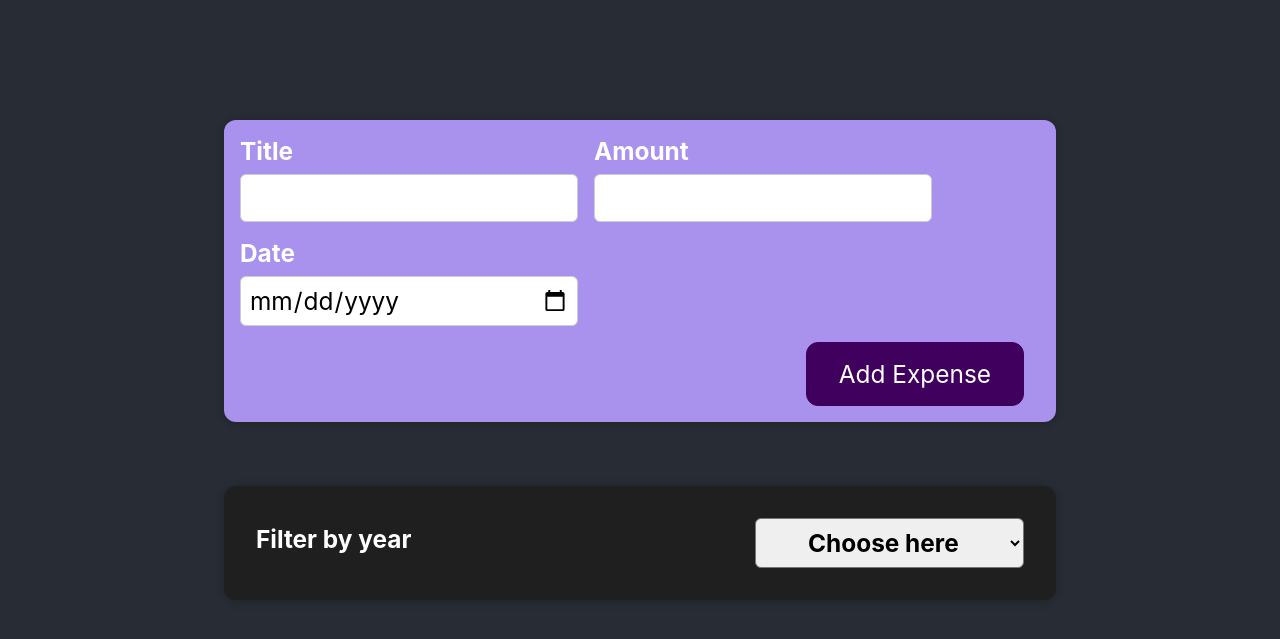
Repository: pakiam/react-demo-1
Page: /
The author's editor kept a copy of each file at every save. The page is drawn from the files as they stood at one save, then again after the next save.
The browser window is 1280 px wide. The pictures show the whole page.
The project was rebuilt for these pictures with package versions that can differ from the ones it lists, and the page was loaded fresh each time. Also part of the build but not shown: src/components/Expenses/ExpenseDate.css, src/components/Expenses/ExpenseDate.js, src/components/Expenses/ExpenseItem.css, src/components/Expenses/ExpenseItem.js.

Above is the page before, as saved 2022-03-08 14:46:41.

### src/App.js
import React, { useState } from 'react';

import './App.css';
import Expenses from './components/Expenses/Expenses';
import NewExpense from './components/NewExpense/NewExpense'

const DUMMY_EXPENSES = [
  {
    id: 'e1',
    title: 'Toilet Paper',
    amount: 94.12,
    date: new Date(2020, 7, 14),
  },
  { id: 'e2', title: 'New TV', amount: 799.49, date: new Date(2021, 2, 12) },
  {
    id: 'e3',
    title: 'Car Insurance',
    amount: 294.67,
    date: new Date(2021, 2, 28),
  },
  {
    id: 'e4',
    title: 'New Desk (Wooden)',
    amount: 450,
    date: new Date(2021, 5, 12),
  },
];

function App() {
  const [expenses, setExpenses] = useState(DUMMY_EXPENSES)

  function onAddExpense (expense) {
    console.log(expense)
    setExpenses((prevState) => {
      return [expense, ...prevState]
    })
  }

  return (
    <div className="App">
      <header className="App-header">
        <NewExpense onAddExpense={onAddExpense}/>
        <Expenses items={expenses}/>
      </header>
    </div>
  );
}

export default App;

### src/components/Expenses/Expenses.js
import React, { useState } from 'react';

import './Expenses.css'
import ExpenseItem from './ExpenseItem';
import ExpensesFilter from './ExpensesFilter'
import Card from '../UI/Card'

function Expenses(props) {
  const [filteredYear, setFilteredYear] = useState(new Date().getFullYear().toString())
  // const [localItems, setLocalItems] = useState(props.items)

  const filteredItems = props.items.filter(item => {
    return new Date(item.date).getFullYear().toString() === filteredYear
  })

  function onChangeFilter (selectedYear) {
    setFilteredYear(selectedYear)
    // if (!selectedYear) return setLocalItems(props.items)
    // const filteredItems = props.items.filter(item => {
    //   return new Date(item.date).getFullYear().toString() === selectedYear
    // })
    // setLocalItems(filteredItems)
  }

  return (
    <Card className="expenses">
      <ExpensesFilter onChangeFilter={onChangeFilter}/>
      {filteredItems.map(expense => <ExpenseItem key={expense.id} title={expense.title} amount={expense.amount} date={expense.date} />)}
    </Card>
  )
}

export default Expenses;

### src/components/NewExpense/NewExpense.js
import NewExpenseForm from './NewExpenseForm.js'
import './NewExpense.css'

function NewExpense (props) {
  function onSaveExpenseData (expenseData) {
    const obj = {...expenseData, id: Math.random().toString()}
    console.log(obj)
    props.onAddExpense(obj)
  }

  return (
    <div className='new-expense'>
      <NewExpenseForm onSaveExpenseData={onSaveExpenseData}/>
    </div>
  )
}

export default NewExpense

### src/components/Expenses/ExpensesFilter.js
import './ExpensesFilter.css';

function ExpensesFilter (props) {
  function onSelectYear (event) {
    props.onChangeFilter(event.target.value)
  }

  return (
    <div className='expenses-filter'>
      <div className='expenses-filter__control'>
        <label>Filter by year</label>
        <select onChange={onSelectYear}>
          <option value='2022'>2022</option>
          <option value='2021'>2021</option>
          <option value='2020'>2020</option>
          <option value='2019'>2019</option>
          <option value='' selected>Choose here</option>
        </select>
      </div>
    </div>
  );
};

export default ExpensesFilter;

### src/components/UI/Card.js
import './Card.css'

function Card(props) {
  const classes = `card ${props.className}`
  return <div className={classes}>{props.children}</div>
}

export default Card;

### src/components/NewExpense/NewExpenseForm.js
import React, {useState} from 'react'

import './NewExpenseForm.css'

function NewExpenseForm (props) {
  // const [title, setTitle] = useState('')
  // const [amount, setAmount] = useState('')
  // const [date, setDate] = useState('')
  const [form, setForm] = useState({
    title: '',
    amount: '',
    date: '',
  })

  function onTitleChange (event) {
    // setTitle(event.target.value)
    setForm((prevState) => {
      return {...prevState, title: event.target.value}
    })
  }

  function onAmountChange (event) {
    // setAmount(event.target.value)
    setForm((prevState) => {
      return {...prevState, amount: event.target.value}
    })
  }

  function onDateChange (event) {
    // setDate(event.target.value)
    setForm((prevState) => {
      return {...prevState, date: event.target.value}
    })
  }

  function onFormSubmit (event) {
    event.preventDefault()
    props.onSaveExpenseData(form)
    setForm(() => {
      return {title: '', amount: '', date: ''}
    })
  }

  return (
    <form onSubmit={onFormSubmit}>
      <div className='new-expense__controls'>
        <div className='new-expense__control'>
          <label>Title</label>
          <input type="text" onChange={onTitleChange} value={form.title}/>
        </div>
        <div className='new-expense__control'>
          <label>Amount</label>
          <input type="number" min="0.01" step="0.01" onChange={onAmountChange} value={form.amount}/>
        </div>
        <div className='new-expense__control'>
          <label>Date</label>
          <input type="date" min="2019-01-01" max="2022-12-31" onChange={onDateChange} value={form.date}/>
        </div>
      </div>
      <div className='new-expense__actions'>
        <button type="submit">Add Expense</button>
      </div>
      <div>{form.title} {form.amount} {form.date}</div>
    </form>
  )
}

export default NewExpenseForm

### src/components/NewExpense/NewExpense.css
.new-expense {
  background-color: #a892ee;
  padding: 1rem;
  margin: 2rem auto;
  width: 50rem;
  max-width: 95%;
  border-radius: 12px;
  text-align: center;
  box-shadow: 0 1px 8px rgba(0, 0, 0, 0.25);
}

.new-expense button {
  font: inherit;
  cursor: pointer;
  padding: 1rem 2rem;
  border: 1px solid #40005d;
  background-color: #40005d;
  color: white;
  border-radius: 12px;
  margin-right: 1rem;
}

.new-expense button:hover,
.new-expense button:active {
  background-color: #510674;
  border-color: #510674;
}

.new-expense button.alternative {
  color: #220131;
  border-color: transparent;
  background-color: transparent;
}

.new-expense button.alternative:hover,
.new-expense button.alternative:active {
  background-color: #ddb3f8;
}

Loaded but not shown: public/index.html (common file); src/index.js (common file); src/index.css (common file); src/reportWebVitals.js (common file); src/App.css (common file); src/components/Expenses/Expenses.css (common file); src/components/Expenses/ExpensesFilter.css (common file); src/components/UI/Card.css (common file); src/components/NewExpense/NewExpenseForm.css (common file)

After the next save:
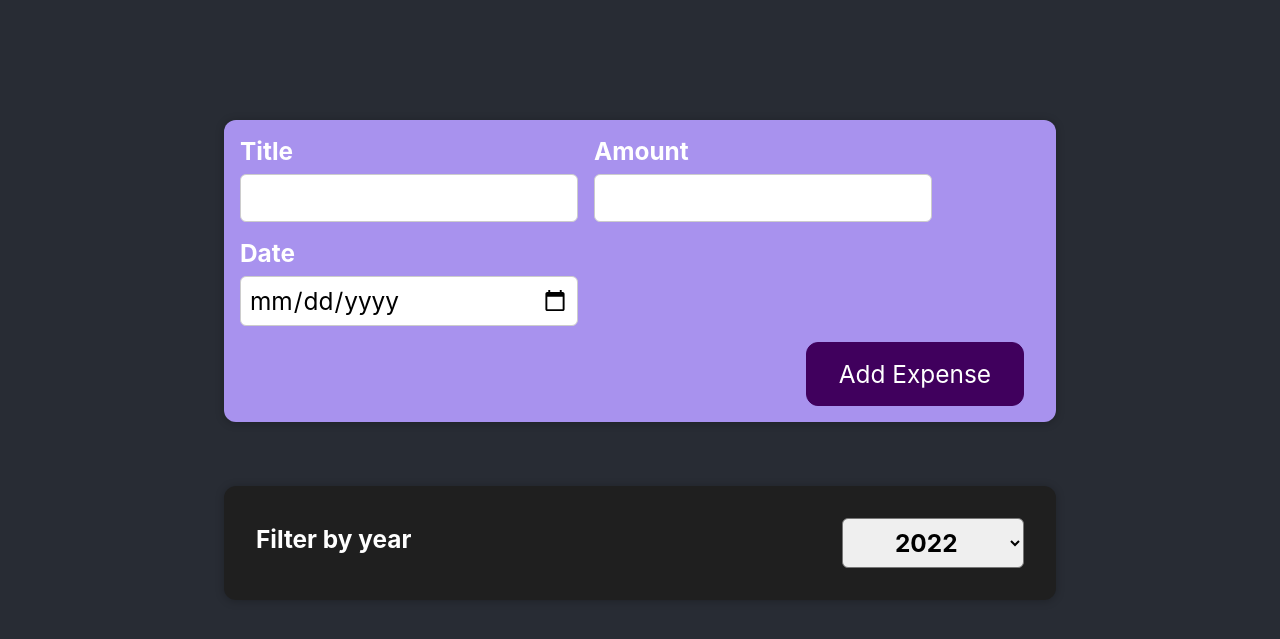
Saved 36 s later.
--- a/src/components/Expenses/ExpensesFilter.js
+++ b/src/components/Expenses/ExpensesFilter.js
@@ -9,12 +9,11 @@
     <div className='expenses-filter'>
       <div className='expenses-filter__control'>
         <label>Filter by year</label>
-        <select onChange={onSelectYear}>
+        <select value={props.value} onChange={onSelectYear}>
           <option value='2022'>2022</option>
           <option value='2021'>2021</option>
           <option value='2020'>2020</option>
           <option value='2019'>2019</option>
-          <option value='' selected>Choose here</option>
         </select>
       </div>
     </div>
